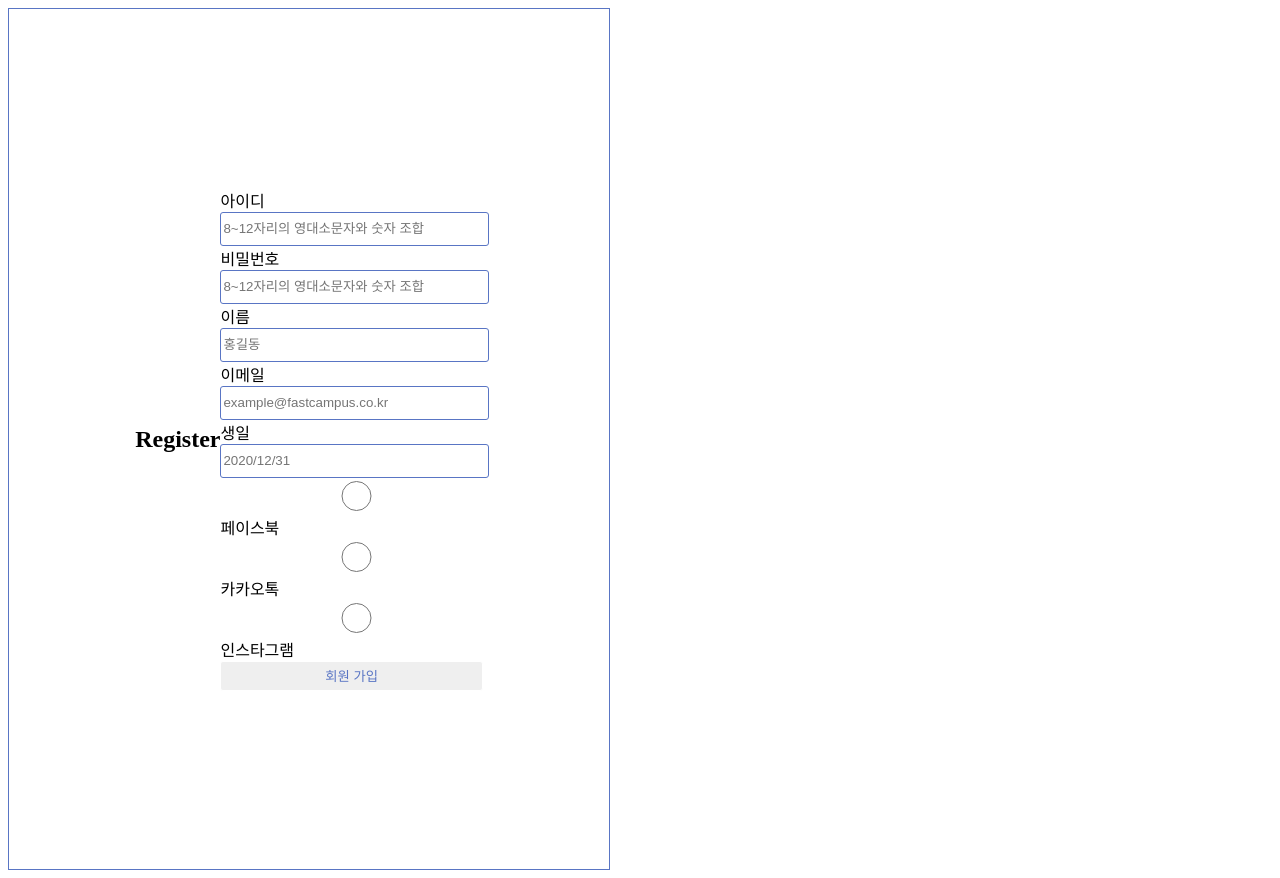
Repository: ksj2001/SpringBasic2024
Page: http://localhost/MVC_join/
An editor plug-in stored every save of this project. The page is shown before and after the next save, followed by the edit.
The browser window is 1280 px wide. The pictures show the whole page.
The page is served by Tomcat 9. Other server files are loaded and not shown.

Above is the page before, as saved 2024-07-02 14:51:12.

### MVC_join/src/main/webapp/WEB-INF/views/index.jsp
<%@ page language="java" contentType="text/html; charset=UTF-8"
    pageEncoding="UTF-8"%>
<!DOCTYPE html>
<html>
<head>
<meta charset="UTF-8">
<title>Insert title here</title>
<style type="text/css">
	.registerBox{
		display: flex;
		justify-content: center;
		align-items: center;
		width: 500px;
		height: 800px;
		border: 1px solid #5975C4;
		padding: 30px 50px;
	}
	input{
		width: 100%;
		height: 30px;
		border: 1px solid #5975C4;
		border-radius: 3px;
	}
	input[type=submit]{
		border-color: white;
		color: #5975C4;
	}
</style>
</head>
<body>
	<div class="registerBox">
		<h2>Register</h2>
		<div class="inputs">
			<label>아이디</label><br>
			<input type="text" placeholder="8~12자리의 영대소문자와 숫자 조합"><br>
			<label>비밀번호</label><br>
			<input type="password" placeholder="8~12자리의 영대소문자와 숫자 조합"><br>
			<label>이름</label><br>
			<input type="text" placeholder="홍길동"><br>
			<label>이메일</label><br>
			<input type="text" placeholder="example@fastcampus.co.kr"><br>
			<label>생일</label><br>
			<input type="text" placeholder="2020/12/31"><br>
			<div class="selectSns">
				<input type="radio" name="sns" value="facebook">페이스북
				<input type="radio" name="sns" value="kakaotalk">카카오톡
				<input type="radio" name="sns" value="instagram">인스타그램
			</div>
			<input type="submit" value="회원 가입">
		</div>
	</div>
</body>
</html>

After the next save:
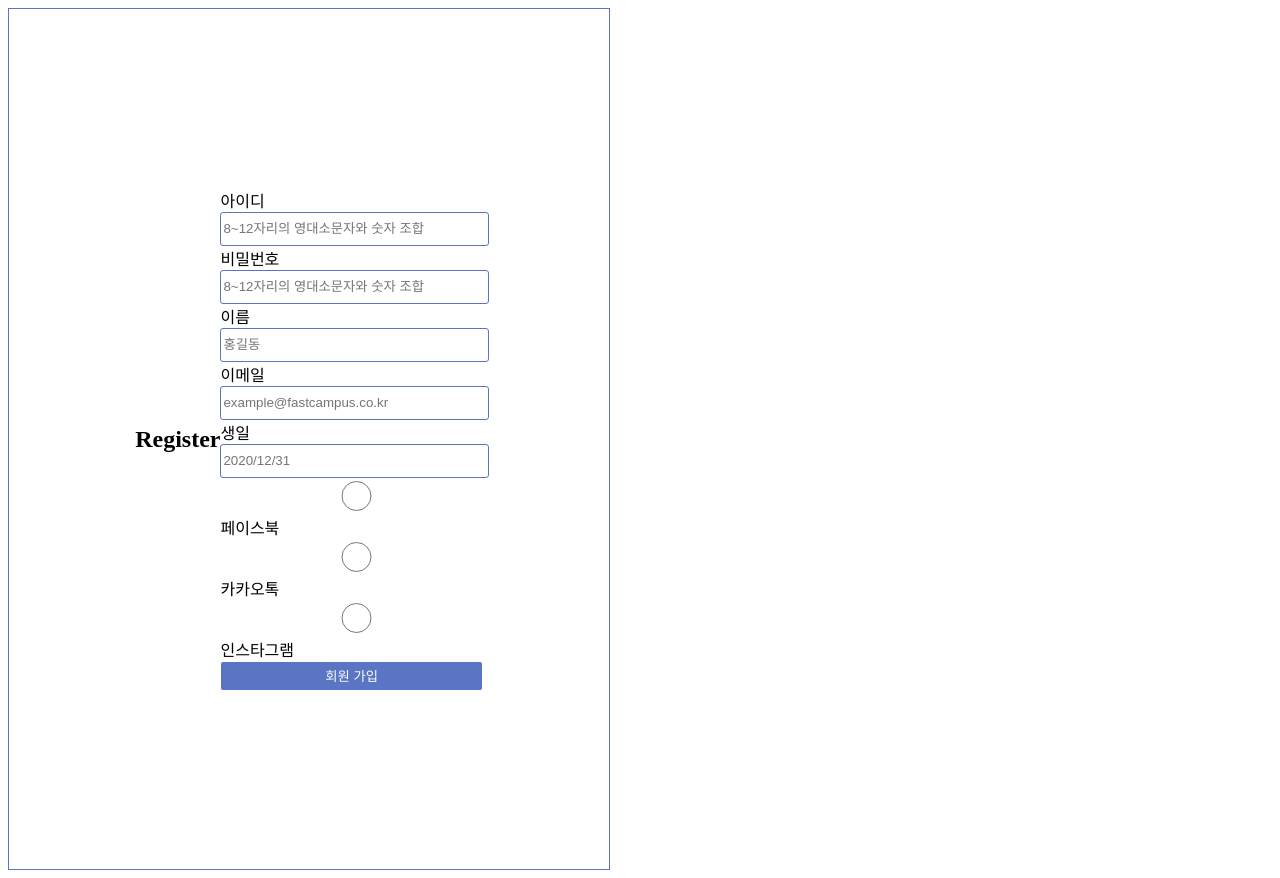
Saved 2 min 32 s later.
--- a/MVC_join/src/main/webapp/WEB-INF/views/index.jsp
+++ b/MVC_join/src/main/webapp/WEB-INF/views/index.jsp
@@ -23,7 +23,8 @@
 	}
 	input[type=submit]{
 		border-color: white;
-		color: #5975C4;
+		color: white;
+		background-color: #5975C4;
 	}
 </style>
 </head>
